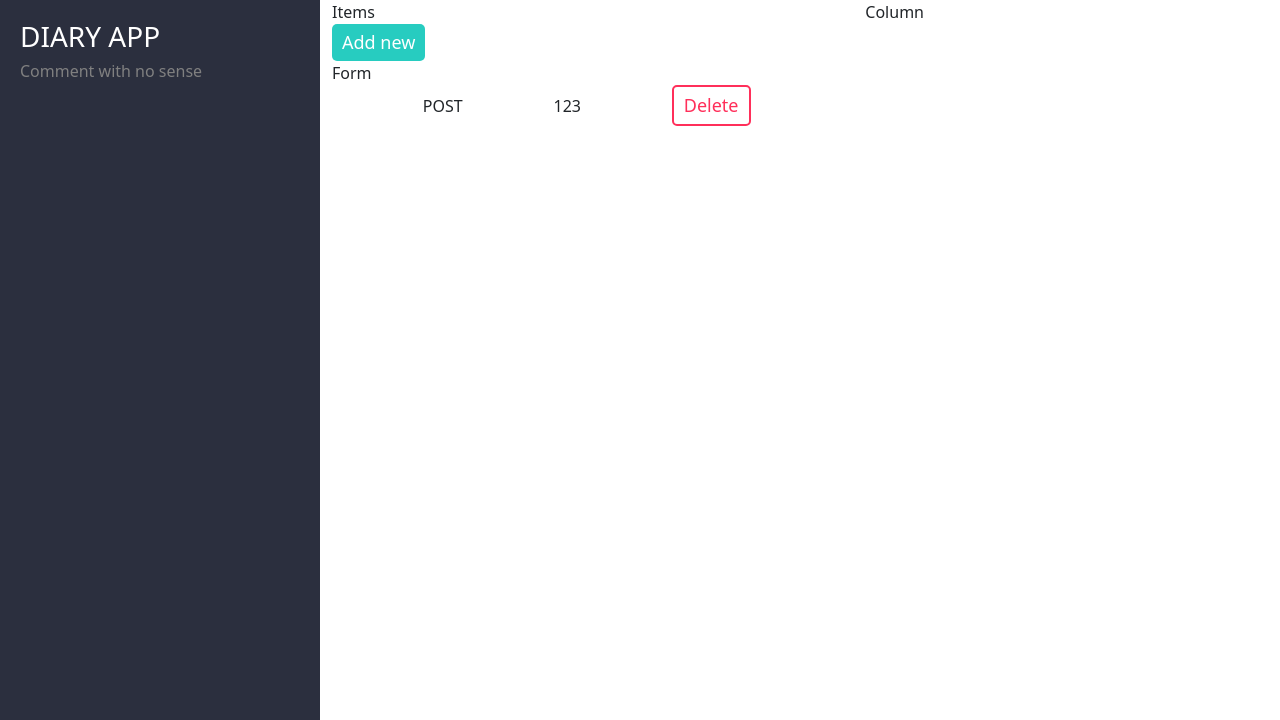
Repository: tsydikov/diary
Page: /
These files come from the project's save history. The page is drawn as it stood at one moment and after the next save; the edit follows.
The browser window is 1280 px wide. The pictures show the whole page.
The project was rebuilt for these pictures with package versions that can differ from the ones it lists, and the page was loaded fresh each time.

Above is the page before, as saved 2021-09-10 19:44:39.

### public/index.html
<!DOCTYPE html>
<html lang="en">
  <head>
    <meta charset="utf-8" />
    <meta name="viewport" content="width=device-width, initial-scale=1" />
    <link href="https://cdn.jsdelivr.net/npm/bootstrap@5.1.1/dist/css/bootstrap.min.css" rel="stylesheet" integrity="sha384-F3w7mX95PdgyTmZZMECAngseQB83DfGTowi0iMjiWaeVhAn4FJkqJByhZMI3AhiU" crossorigin="anonymous">
    <title>Diary App</title>
  </head>
  <body>
    <noscript>You need to enable JavaScript to run this app.</noscript>
    <div id="root"></div>
  </body>
</html>

### src/App.js
import React from "react";
import Button from "./UI/Buttons/Button";
import ButtonDelete from "./UI/Buttons/ButtonDelete";
import Navbar from "./UI/Navbar/Navbar";
import './styles/App.css'

function App() {
  return (
    <div class="container-fluid" >
      <div class="row " >
        <div class="col-3 px-0" >
          <Navbar />
    </div>
        <div class="col-5">
          Items
          <div><Button>Add new</Button></div>Form
          <div>
            <div className="item_cotainer">
              POST<span>123</span><ButtonDelete>Delete</ButtonDelete>
            </div>
          </div>
    </div>
        <div class="col-4">
          Column
    </div>
      </div>
    </div>
  );
}

export default App;

### src/UI/Buttons/Button.jsx
import React from 'react'
import cl from "./Button.module.css";

const Button = ({ children, ...props }) => {
    return (
        <button {...props} className={cl.Btn}>
            {children}
        </button>
    )
}

export default Button;

### src/UI/Buttons/ButtonDelete.jsx
import React from 'react'
import cl from "./Button.module.css";

const ButtonDelete = ({ children, ...props }) => {
    return (
        <button {...props} className={cl.BtnDel}>
            {children}
        </button>
    )
}

export default ButtonDelete;

### src/UI/Navbar/Navbar.jsx
import React from 'react';
import cl from './Navbar.module.css'
// style={{background:'red'}}
const Navbar = () => {
    return (
        <div className={cl.container} >
            <h1>diary app</h1>
            <h3>Comment with no sense</h3>
        </div>
    );
};

export default Navbar;

### src/styles/App.css
* {
    margin: 0;
    padding: 0;
    box-sizing: border-box;
}

#root {
    display: flex;
    flex-direction: column;
    align-items: center;
}

.item_cotainer {
    display: flex;
    justify-content:space-evenly;
    align-items: center;
}

### src/UI/Buttons/Button.module.css
.Btn {
    padding: 5px 10px;
    color: white;
    font-size: 18px;
    border: none;
    cursor: pointer;
    background-color: #27ccc0;
    border-radius: 5px;
    display:flex;
    align-items:stretch;
    text-align: center;
}
.BtnDel {
    padding: 5px 10px;
    color: #ff2f5a;
    font-size: 18px;
    border: 2px solid #ff2f5a;
    cursor: pointer;
    background-color: white;
    border-radius: 5px;
    display:flex;
    align-items:stretch;
    text-align: center;
}

/* .BtnCancel svg {
    height: 1rem;
    padding-right: 5px;
    padding-bottom: 3px;
} */

### src/UI/Navbar/Navbar.module.css
.container {
    background: #2b2f3e;
    height: 100vh;
    padding: 20px;
    /* width: initial; */
}

.container h1 {
    text-transform: uppercase;
    color:white;
    font-size: 28px;
    font-weight:200;
}

.container h3 {
    color:grey;
    font-size: 16px;
    font-weight:200;
}

Loaded but not shown: src/index.js (common file)

After the next save:
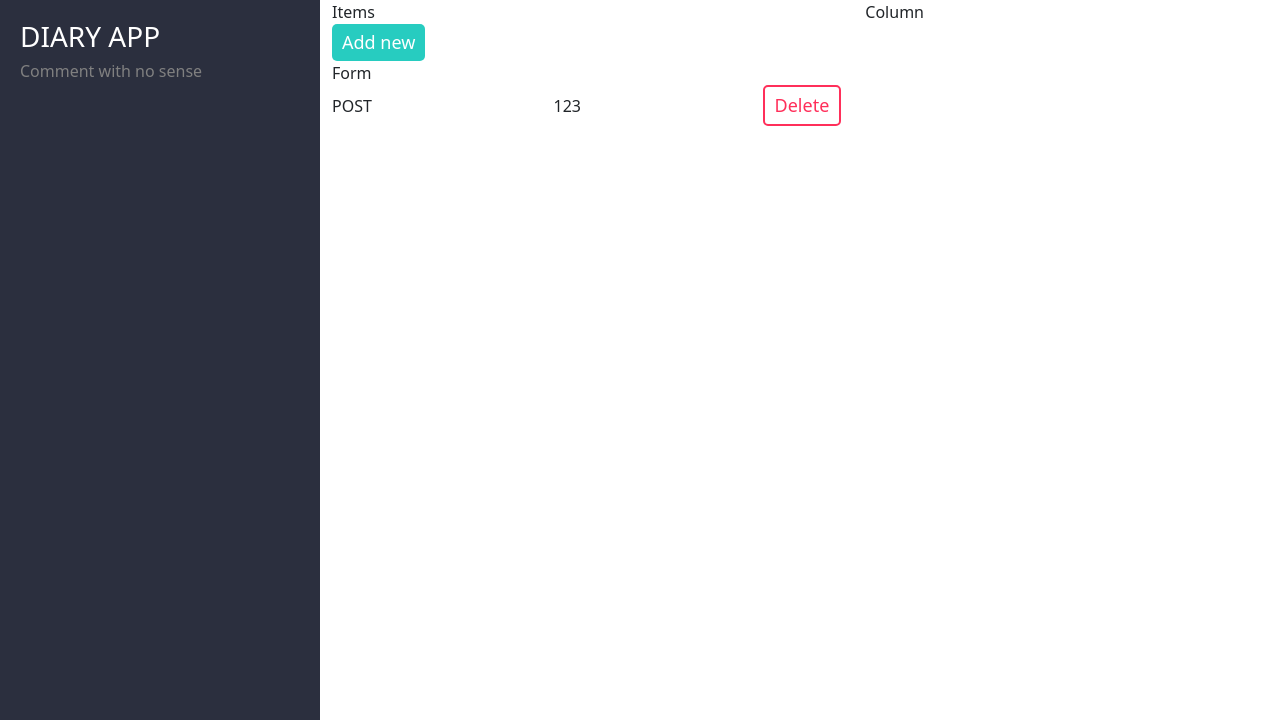
Saved 21 s later.
--- a/src/styles/App.css
+++ b/src/styles/App.css
@@ -12,6 +12,6 @@
 
 .item_cotainer {
     display: flex;
-    justify-content:space-evenly;
+    justify-content: space-between;
     align-items: center;
 }
